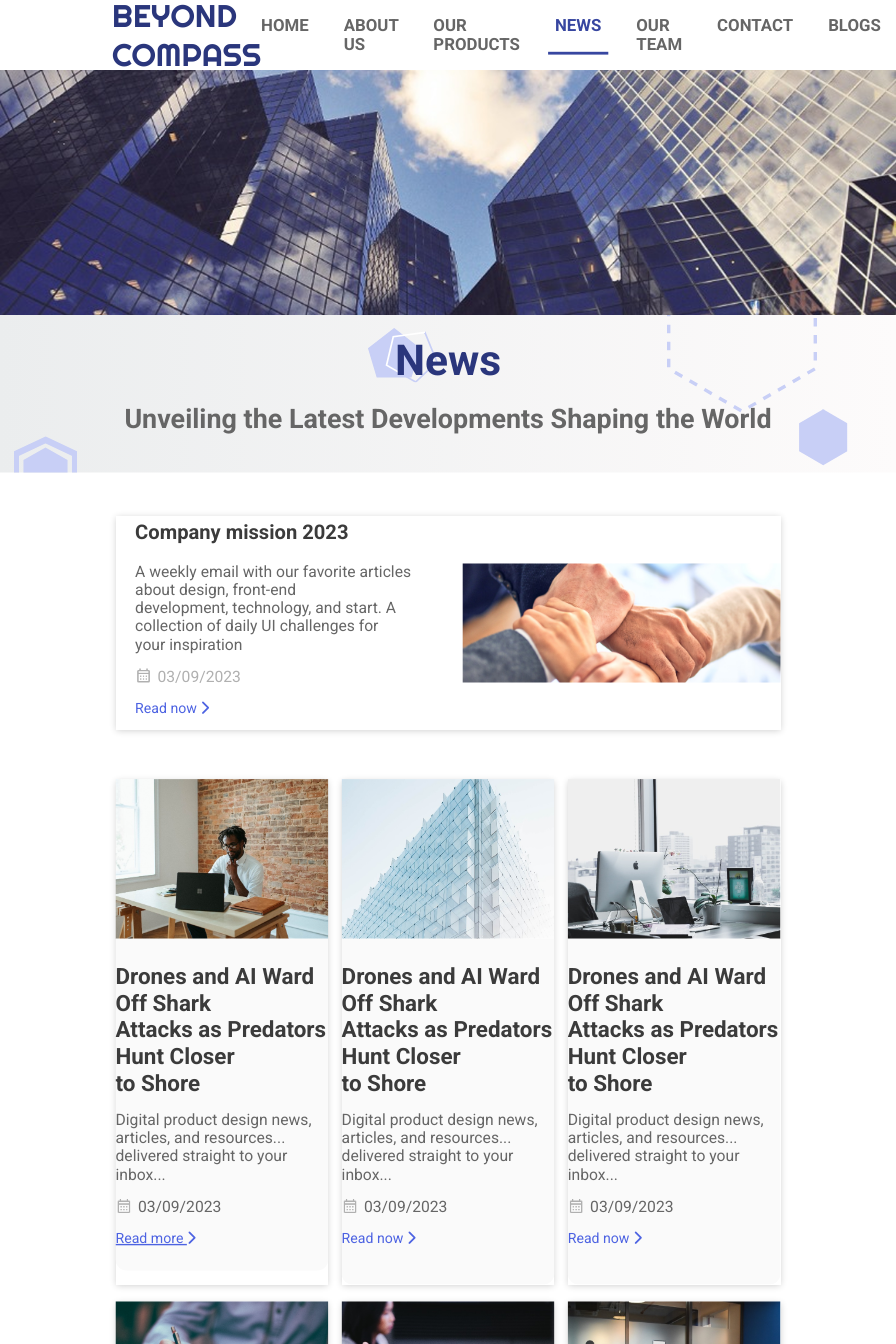
Repository: trunghau06/baitapRn
Page: pages/news.html
An editor plug-in stored every save of this project. The page is shown before and after a run of saves, followed by the edit.
The browser window is 1280 px wide. The pictures show the part of the page from y = 0 to 1920 px (the page is 3941 px tall before and 3776 px after), at 70% of full size.

Above is the page before, as saved 2025-10-09 22:06:31.

After the next 3 saves:
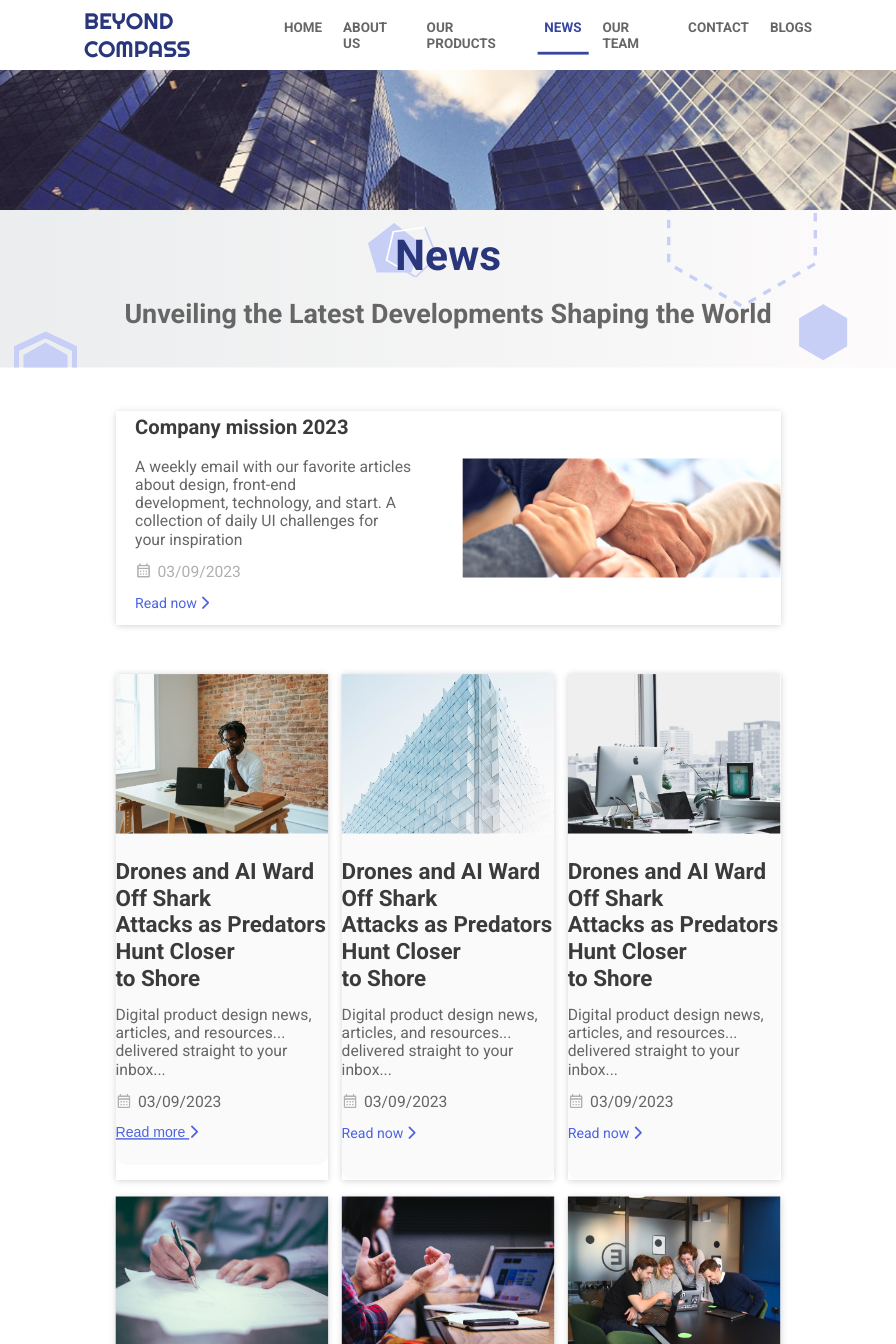
The 3 saves are shown as one change because they came seconds apart.
The last was saved 15 s later.
--- a/style/news.css
+++ b/style/news.css
@@ -7,7 +7,7 @@
 }
 
 body {
-    font-family: 'Roboto', Arial, sans-serif;
+    font-family: Arial, sans-serif;
 }
 
 /* Header */
@@ -17,7 +17,7 @@ body {
     left: 0;
     width: 100%;
     margin: 0 auto;
-    padding: 0 100px;
+    padding: 0 60px;
     display: flex;
     justify-content: space-between;
     align-items: center;
@@ -31,7 +31,7 @@ body {
 .logo {
     font-family: 'Righteous', Arial, sans-serif;
     color: #2A367C;
-    font-size: 2.8em;
+    font-size: 2em;
     font-weight: 400;
     padding-left: 60px;
 }
@@ -40,14 +40,14 @@ body {
 nav ul {
     list-style: none;
     display: flex;
-    gap: 50px;
+    gap: 30px;
     padding-right: 60px;
 }
 
 nav ul li a {
     text-decoration: none;
     color: #666666;
-    font-size: 1.5em;
+    font-size: 1.2em;
     font-weight: 700;
     padding-bottom: 28px;
     font-family: 'Roboto', Arial, sans-serif;
@@ -73,10 +73,11 @@ nav ul li a.active::after {
     background-color: #3746A0;
 }
 
+/* Banner */
 .header-banner {
     margin-top: 100px;
     width: 100%;
-    height: 350px;
+    height: 200px;
     background-image: url('../Images/anhHeader_4.png');
     background-size: cover;
     background-position: center;
